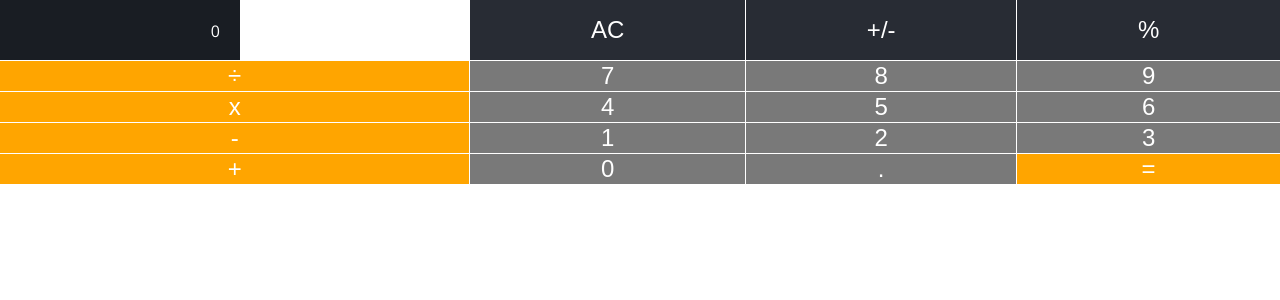
Repository: catsarenotreal/CalculatorWebApp
Page: /
An editor plug-in stored every save of this project. The page is shown before and after the next save, followed by the edit.
The browser window is 1280 px wide. The pictures show the whole page.
The project was rebuilt for these pictures with package versions that can differ from the ones it lists, and the page was loaded fresh each time.

Above is the page before, as saved 2024-08-26 15:16:15.

After the next save:
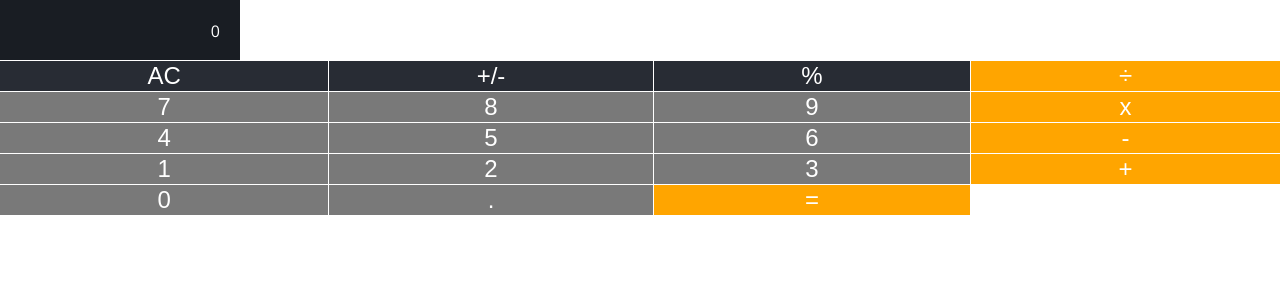
Saved 1 s later.
--- a/src/App.css
+++ b/src/App.css
@@ -79,6 +79,7 @@
 
   background-color: #191d23;
   color: white;
+  grid-column: span 4;
 }
 
 .wrapper {
